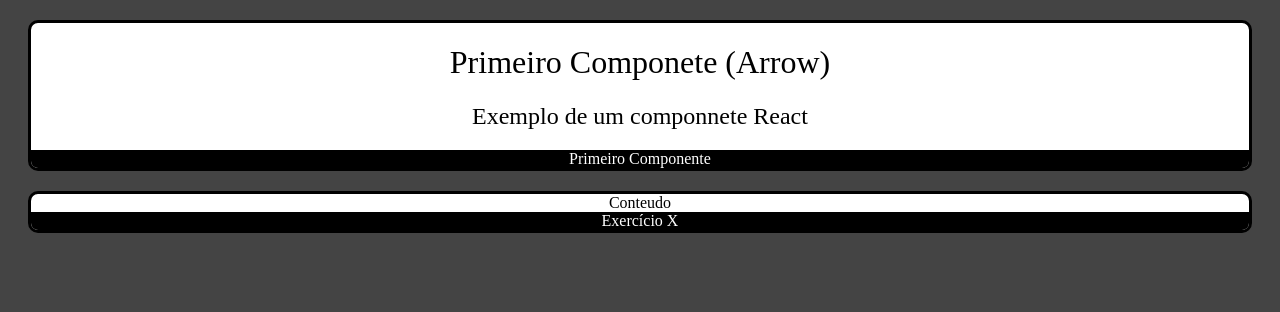
Repository: ClaytonEduard/fundamentos-react
Page: /
The author's editor kept a copy of each file at every save. The page is drawn from the files as they stood at one save, then again after a run of saves.
The browser window is 1280 px wide. The pictures show the whole page.
The project was rebuilt for these pictures with package versions that can differ from the ones it lists, and the page was loaded fresh each time. Also part of the build but not shown: src/components/ComParametro.jsx, src/components/ComFilhos.jsx.

Above is the page before, as saved 2022-06-18 10:33:46.

### src/index.js
import './index.css';
import React from 'react';
import ReactDOM from 'react-dom';

// importando a function
import Primeiro from './components/Primeiro'
import ComParametro from './components/ComParametro';
import ComFilhos from './components/ComFilhos';
import Card from './components/layout/Card';

// iniciando a rederização
ReactDOM.render(
    <div>
        <Card titulo='Primeiro Componente'>
            <Primeiro />
        </Card>
        <Card titulo='Exercício X'>
            Conteudo
        </Card>
        {/* <ComFilhos>
            <ul>
                <li>Ana</li>
                <li>Bia</li>
                <li>Carlos</li>
                <li>Daniel</li>
            </ul>
        </ComFilhos> */}

        {/* <Primeiro />
        <ComParametro titulo="Esse é o titulo" subtitulo="subtitulo" /> */}

    </div>,
    document.getElementById('root')
)

### src/index.css
body {
    font-family: Oswald;
    font-weight: 300;
    font-size: 1.4rm;
    background-color: #444;
    color: #fff;
    text-align: center;
}

h1, h2 {
    font-weight: 300;
}

### src/components/Primeiro.jsx
import React from 'react';

// primeira funcao
export default () =>
    <React.Fragment>
        <h1>Primeiro Componete (Arrow)</h1>
        <h2>Exemplo de um componnete React</h2>
    </React.Fragment>


// exportando funcao
//export default Primeiro

### src/components/layout/Card.jsx
import './Card.css'
import React from 'react'

// componete baseado em funcao
export default props =>
    // aplicando class CSS, no caso do React não se usa a class
    <div className="Card">
        <div className='Conteudo'>
            {props.children}
        </div>
        <div className='Footer'>
            {props.titulo}
        </div>
    </div>

### src/components/layout/Card.css
.Card {
    margin: 20px;
    border: 3px solid #000;
    border-radius: 10px;
    overflow: hidden;
    background-color: #fff;
}

.Card .Conteudo {
    color: #000;
}
.Card .Footer {

    background-color: #000;
    color: #fff;
    padding: ;
}

Loaded but not shown: public/index.html (common file)

After the next 2 saves:
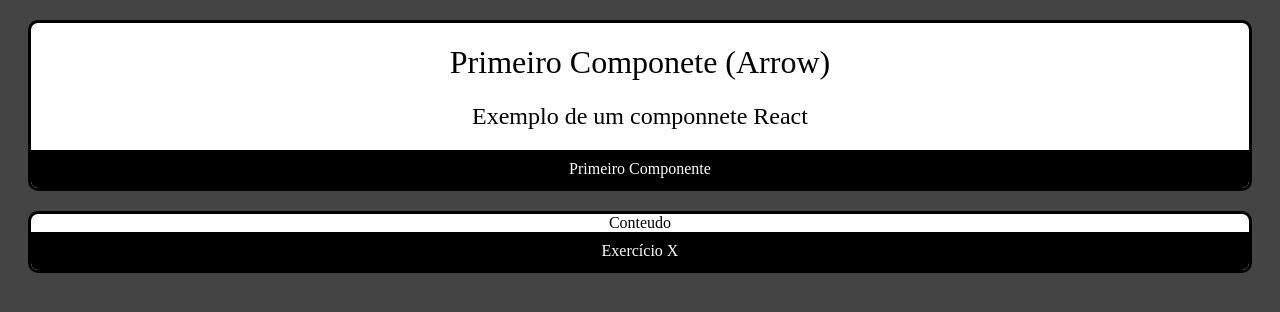
The 2 saves are shown as one change because they came seconds apart.
The last was saved 10 s later.
--- a/src/components/layout/Card.css
+++ b/src/components/layout/Card.css
@@ -13,5 +13,5 @@
 
     background-color: #000;
     color: #fff;
-    padding: ;
+    padding: 10px 0px;
 }
